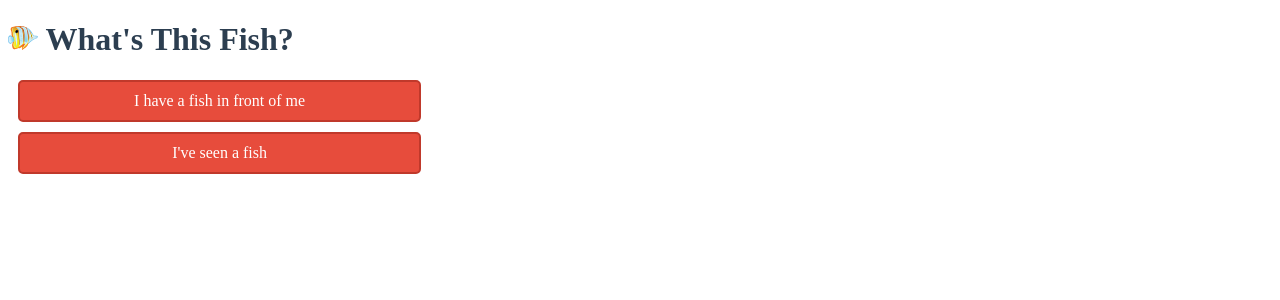
Repository: ulyfm/whatsthis.fish
Page: FishServer/externalpages/index.html
The author's editor kept a copy of each file at every save. The page is drawn from the files as they stood at one save, then again after the next save.
The browser window is 1280 px wide. The pictures show the whole page.
The first visible `.c1` is being pressed.
Some web fonts or font styles are not loaded; a fallback is used.

Above is the page before, as saved 2017-01-04 18:10:40.

### FishServer/externalpages/index.html
<!DOCTYPE html>
<html>
	<head>
		<title>WhatsThisFish</title>
		<link rel='stylesheet' type='text/css' href='fish.css'>
		<script src='fish.js' type='text/javascript'></script>
		<link href="https://fonts.googleapis.com/css?family=Alegreya" rel="stylesheet">
	</head>
	<body>
		<h1><img src='drivingthattrainhighoncocaine.svg' id='logo'>  What's This Fish?</h1>
		<a href='/havefish.html' class='c1'>I have a fish in front of me</a>
		<a href='/havefish.html' class='c1'>I've seen a fish</a>
	</body>
</html>

### FishServer/externalpages/fish.css
html{
	background: #ffffff;
	color: #2c3e50;
	font-family: 'Alegreya', serif;
}
#logo {
	width: 30px;
	display: inline;
}
.c1 {
	text-decoration: none;
	background: #e74c3c;
	color: #ffffff;
	padding: 10px;
	margin: 10px;
	border: 2px solid #c0392b;
	border-radius: 5px;
	display: block;
	width: 30%;
	text-align: center;
}
.c1:active {

}

Loaded but not shown: FishServer/externalpages/fish.js (no stored copy; drawn as an empty file)

After the next save:
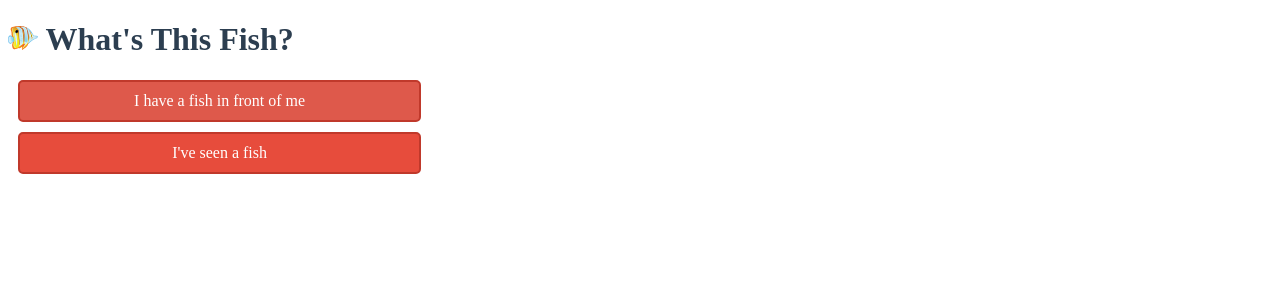
Saved 51 s later.
--- a/FishServer/externalpages/fish.css
+++ b/FishServer/externalpages/fish.css
@@ -20,5 +20,5 @@ html{
 	text-align: center;
 }
 .c1:active {
-
+	background: #de594b;
 }
